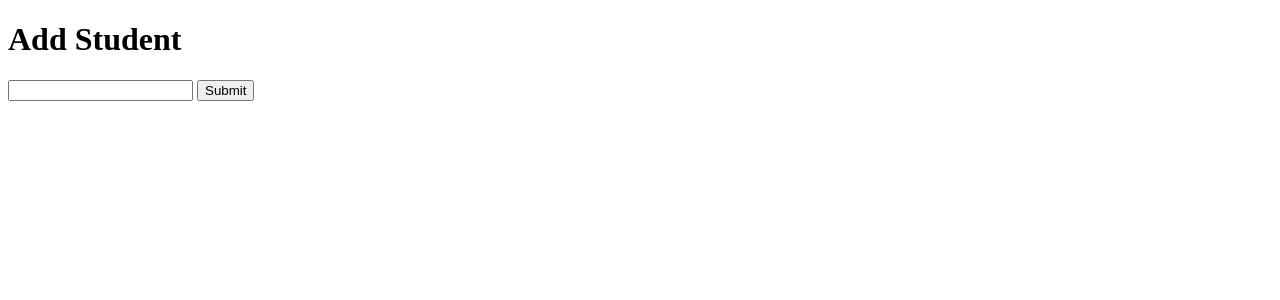
Repository: afgeshza/j2ee
Page: http://localhost/Servlet/StudentForm.jsp
The author's editor kept a copy of each file at every save. The page is drawn from the files as they stood at one save, then again after the next save.
The browser window is 1280 px wide. The pictures show the whole page.
The page is served by Tomcat 9. Other server files are loaded and not shown.

Above is the page before, as saved 2017-04-21 02:13:43.

### project4-exercise/Servlet/WebContent/StudentForm.jsp
<%@ page language="java" contentType="text/html; charset=ISO-8859-1"
    pageEncoding="ISO-8859-1"%>
<!DOCTYPE html PUBLIC "-//W3C//DTD HTML 4.01 Transitional//EN" "http://www.w3.org/TR/html4/loose.dtd">
<html>
<head>
<meta http-equiv="Content-Type" content="text/html; charset=ISO-8859-1">
<title>Insert title here</title>
</head>
<body>

	<form action="StudentServlet">
		<h1>Add Student</h1>
		<input name="name" type="text"/>
		<input type="submit"/>

	</form>

</body>
</html>

After the next save:
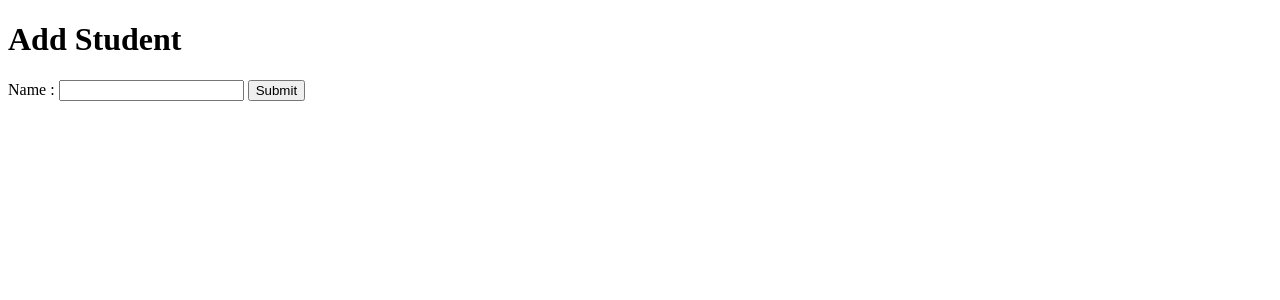
Saved 28 s later.
--- a/project4-exercise/Servlet/WebContent/StudentForm.jsp
+++ b/project4-exercise/Servlet/WebContent/StudentForm.jsp
@@ -10,7 +10,8 @@
 
 	<form action="StudentServlet">
 		<h1>Add Student</h1>
-		<input name="name" type="text"/>
+		<label for="name">Name : </label>
+		<input name="name" id="name" type="text"/>
 		<input type="submit"/>
 
 	</form>
